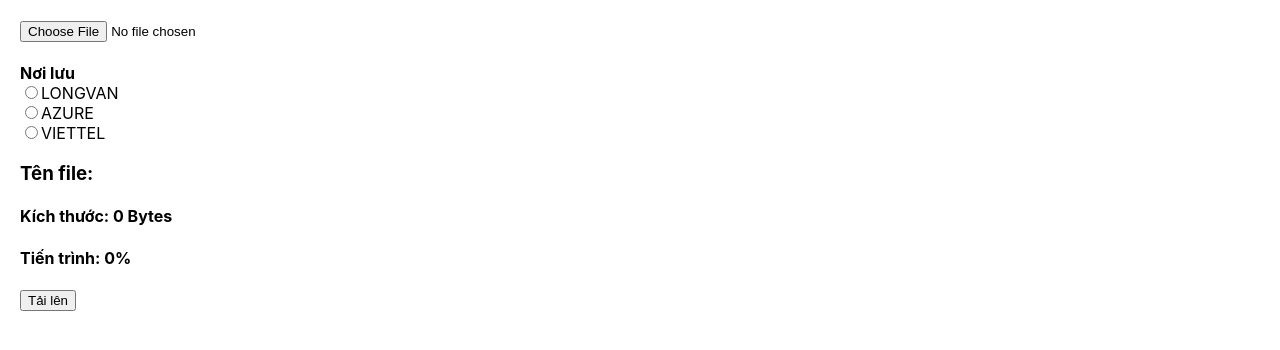
Repository: duc30012001/viettel-test-upload
Page: /
These files come from the project's save history. The page is drawn as it stood at one moment and after the next save; the edit follows.
The browser window is 1280 px wide. The pictures show the whole page.
The project was rebuilt for these pictures with package versions that can differ from the ones it lists, and the page was loaded fresh each time. Imported but missing from the stored project, and not drawn on this page: src/reportWebVitals.

Above is the page before, as saved 2023-03-16 12:45:22.

### src/App.jsx
// ./src/App.tsx

import React, { useState, useRef } from "react";
import { uploadToAzure, uploadToViettel, uploadToLongVan } from "./Upload";
import { getFileSize } from "./helper";

const DISTRIBUTOR = ["LONGVAN", "AZURE", "VIETTEL"];

const App = () => {
  const fileInput = useRef(null);
  const [file, setFile] = useState({});
  const [distributor, setDistributor] = useState("");
  const [progress, setProgress] = useState(0);
  const handleChangeProgress = (value) => {
    setProgress(value);
  };

  const handleUpload = async () => {
    if (!distributor) {
      alert("Vui lòng chọn nơi lưu");
      return;
    }

    const fileUploadInformation = {
      startTime: new Date(),
      file: file,
      objKey: file.name,
      reader: new FileReader(),
    };

    if (distributor === "AZURE") {
      await uploadToAzure(fileUploadInformation, handleChangeProgress);
    } else if (distributor === "VIETTEL") {
      await uploadToViettel(fileUploadInformation, handleChangeProgress);
    } else {
      await uploadToLongVan(fileUploadInformation, handleChangeProgress);
    }
  };

  const onChange = (e) => {
    setFile(e.target.files?.[0] || {});
  };

  const onChangeDistributor = (e) => {
    setDistributor(e.target.value);
  };

  return (
    <div style={{ padding: "20px" }}>
      <input ref={fileInput} onChange={onChange} type="file" />
      <div>
        <h4 style={{ marginBottom: 0 }}>Nơi lưu</h4>

        {DISTRIBUTOR.map((item) => (
          <React.Fragment key={item}>
            <input
              onChange={onChangeDistributor}
              type="radio"
              id={item}
              name="fav_language"
              value={item}
            />
            <label htmlFor={item}>{item}</label>
            <br />
          </React.Fragment>
        ))}
      </div>

      <h3>Tên file: {file.name || ""}</h3>
      <h4>Kích thước: {getFileSize(file.size || 0)}</h4>
      <h4>Tiến trình: {progress}%</h4>
      <button onClick={handleUpload}>Tải lên</button>
    </div>
  );
};

export default App;

### src/Upload/index.js
export * from "./uploadToAzure";
export * from "./uploadToViettel";
export * from "./uploadToLongVan";

### src/helper.js
import dayjs from "dayjs";

export const getFileSize = (bytes) => {
  if (bytes === 0) return "0 Bytes";
  let k = 1024,
    dm = 2,
    sizes = ["Bytes", "KB", "MB", "GB", "TB", "PB", "EB", "ZB", "YB"],
    i = Math.floor(Math.log(bytes) / Math.log(k));
  return parseFloat((bytes / Math.pow(k, i)).toFixed(dm)) + " " + sizes[i];
};

export function convertTime(startTime, endTime) {
  const time = endTime - startTime;
  const minutes = dayjs(time).format("mm");
  const seconds = dayjs(time).format("ss");
  return `${minutes} phút ${seconds} giây`;
}

### src/Upload/uploadToAzure.js
import { BlobServiceClient } from "@azure/storage-blob";
import { getFileSize, convertTime } from "../helper";

export const uploadToAzure = async (fileUploadInformation, setProgress) => {
  const { file } = fileUploadInformation;
  const containerName = "uploaded";
  const connectionString =
    "BlobEndpoint=https://antmusicdemo.blob.core.windows.net/;QueueEndpoint=https://antmusicdemo.queue.core.windows.net/;FileEndpoint=https://antmusicdemo.file.core.windows.net/;TableEndpoint=https://antmusicdemo.table.core.windows.net/;SharedAccessSignature=sv=2021-12-02&ss=bfqt&srt=co&sp=rwdlacupiytfx&se=2023-03-16T11:29:14Z&st=2023-03-16T03:29:14Z&spr=https&sig=o8MVlJ%2F45IHkzLmqR6WjuiMXJNNm%2FW6XZQ3bFEWURNQ%3D";
  const blobServiceClient =
    BlobServiceClient.fromConnectionString(connectionString);
  const containerClient = blobServiceClient.getContainerClient(containerName);
  const blockBlobClient = containerClient.getBlockBlobClient(file.name);

  try {
    await blockBlobClient.uploadBrowserData(file, {
      onProgress: (currentProgress) => {
        let newProgress = (
          (currentProgress.loadedBytes / file.size) *
          100
        ).toFixed(2);
        if (newProgress > 100) newProgress = 100;
        setProgress(newProgress);
      },
    });
    const endTime = new Date(); // End time of the upload

    const finishedTime = convertTime(fileUploadInformation.startTime, endTime);
    const fileSize = getFileSize(fileUploadInformation.file.size);
    const message = `AZURE  : Hoàn thành trong ${finishedTime} | Kích thước: ${fileSize}`;

    console.log(message);
    alert(message);

    return endTime;
  } catch (error) {
    console.error("Failed to upload file", error);
  }
};

### src/Upload/uploadToViettel.js
import AWS from "aws-sdk";
import { convertTime, getFileSize } from "../helper";

const CONFIG = {
  accessKey: "63048af01deccf617b4d",
  secretKey: "k2Wj7uoJ/QSw1GjMjZnboIoAPnlm+j6iQsXttv0z",
  endpoint: "s3-north.viettelidc.com.vn",
  bucket: "ant-music-trial-viettel",
};

let { accessKey, secretKey, endpoint, bucket } = CONFIG;

let s3 = new AWS.S3({
  accessKeyId: accessKey,
  secretAccessKey: secretKey,
  endpoint: endpoint,
  s3ForcePathStyle: true,
  //signatureVersion: "v3",
  sslEnabled: true,
  httpOptions: {
    timeout: 1000 * 60000,
  },
});

// ========================== UPLOAD MULTI PART ===========================
const PART_SIZE = 5 * 1024 * 1024;

export const uploadToViettel = (
  fileUploadInformation,
  handleChangeUploadProgress,
  distributor,
) => {
  const params = {
    Bucket: bucket,
    Key: fileUploadInformation.objKey,
    ContentType: fileUploadInformation.file.type,
    ACL: "public-read",
  };

  s3.createMultipartUpload(params, (mpErr, multipart) => {
    if (mpErr) {
      console.log("createMultipartUpload Error: ", mpErr);
      return;
    }
    uploadPart(
      s3,
      multipart,
      1,
      0,
      fileUploadInformation,
      handleChangeUploadProgress,
    );
  });
};

function uploadPart(
  s3,
  multipart,
  partNum,
  rangeStart,
  fileUploadInformation,
  handleChangeUploadProgress,
) {
  let progress = ((rangeStart / fileUploadInformation.file.size) * 100).toFixed(
    2,
  );
  if (progress > 100) progress = 100;
  handleChangeUploadProgress(progress);

  if (fileUploadInformation.file.size <= rangeStart) {
    getETag(multipart.UploadId, partNum - 1, fileUploadInformation);
    return;
  }

  fileUploadInformation.reader.readAsArrayBuffer(
    fileUploadInformation.file.slice(rangeStart, rangeStart + PART_SIZE),
  );
  fileUploadInformation.reader.onload = function startUploadAPart() {
    let byte2Upload = null;
    byte2Upload = fileUploadInformation.reader.result;
    const partParams = {
      Body: byte2Upload,
      Bucket: bucket,
      Key: fileUploadInformation.objKey,
      PartNumber: String(partNum),
      UploadId: multipart.UploadId,
    };

    s3.uploadPart(partParams, (multiErr, mData) => {
      if (multiErr) {
        console.log("multiErr, upload part error: ", multiErr);
        return;
      }
      byte2Upload = null;
      uploadPart(
        s3,
        multipart,
        partNum + 1,
        rangeStart + PART_SIZE,
        fileUploadInformation,
        handleChangeUploadProgress,
      );
    });
  };
}

function getETag(uploadId, totalPart, fileUploadInformation) {
  var listPartParams = {
    Bucket: bucket,
    Key: fileUploadInformation.objKey,
    UploadId: uploadId,
    MaxParts: totalPart,
    PartNumberMarker: 0,
  };
  s3.listParts(listPartParams, (err, data) => {
    if (err) {
      console.log("🚀 ~ file: UploadForm.js:187 ~ s3.listParts ~ err:", err);
      return;
    }

    var multipartMap = {
      Parts: [0],
    };
    for (let i = 0; i < data.Parts.length; i++) {
      let aPart = data.Parts[i];
      multipartMap.Parts[i] = {
        ETag: aPart.ETag,
        PartNumber: Number(aPart.PartNumber),
      };
    }

    var doneParams = {
      Bucket: bucket,
      Key: fileUploadInformation.objKey,
      MultipartUpload: multipartMap,
      UploadId: uploadId,
    };
    completeMultipartUpload(s3, doneParams, fileUploadInformation);
  });
}

function completeMultipartUpload(s3, doneParams, fileUploadInformation) {
  s3.completeMultipartUpload(doneParams, (err, data) => {
    if (err) {
      console.log("An error occurred while competing the multipart upload");
      console.log(err);
    } else {
      const endTime = new Date(); // End time of the upload

      const finishedTime = convertTime(
        fileUploadInformation.startTime,
        endTime,
      );
      const fileSize = getFileSize(fileUploadInformation.file.size);
      const message = `VIETTEL: Hoàn thành trong ${finishedTime} | Kích thước: ${fileSize}`;

      console.log(message);
      alert(message);
    }
  });
}

### src/Upload/uploadToLongVan.js
import AWS from "aws-sdk";
import { getFileSize, convertTime } from "../helper";

const CONFIG = {
  accessKey: "EUMTEDYNRU6NEV7CQ1P0",
  secretKey: "0xCTFBIzeanOPzACW8hWJ83q84EzLxllPY9u3BDp",
  endpoint: "s3-hcm-r1.longvan.net",
  bucket: "ant-music-bucket-test",
};

let { accessKey, secretKey, endpoint, bucket } = CONFIG;

let s3 = new AWS.S3({
  accessKeyId: accessKey,
  secretAccessKey: secretKey,
  endpoint: endpoint,
  s3ForcePathStyle: true,
  //signatureVersion: "v3",
  sslEnabled: true,
  httpOptions: {
    timeout: 1000 * 60000,
  },
});

export const uploadToLongVan = (
  fileUploadInformation,
  handleChangeUploadProgress,
) => {
  const { file, objKey, startTime } = fileUploadInformation;
  const params = {
    Body: file,
    Bucket: bucket,
    Key: objKey,
  };

  const managedUpload = new AWS.S3.ManagedUpload({
    partSize: file.size + 10 * 1024 * 1024,
    queueSize: 1,
    params: params,
    service: s3,
  });

  managedUpload.on("httpUploadProgress", (progress) => {
    const progressVariable = Math.round(
      (progress.loaded / progress.total) * 100,
    );
    handleChangeUploadProgress(progressVariable);
  });
  managedUpload.send((err, data) => {
    if (err) {
      alert("File upload lỗi", err);
      return;
    }
    const endTime = new Date(); // End time of the upload

    const finishedTime = convertTime(startTime, endTime);
    const fileSize = getFileSize(fileUploadInformation.file.size);
    const message = `LONGVAN: Hoàn thành trong ${finishedTime} | Kích thước: ${fileSize}`;

    console.log(message);
    alert(message);
  });
};

Loaded but not shown: public/index.html (common file); src/index.jsx (common file); src/index.css (common file)

After the next save:
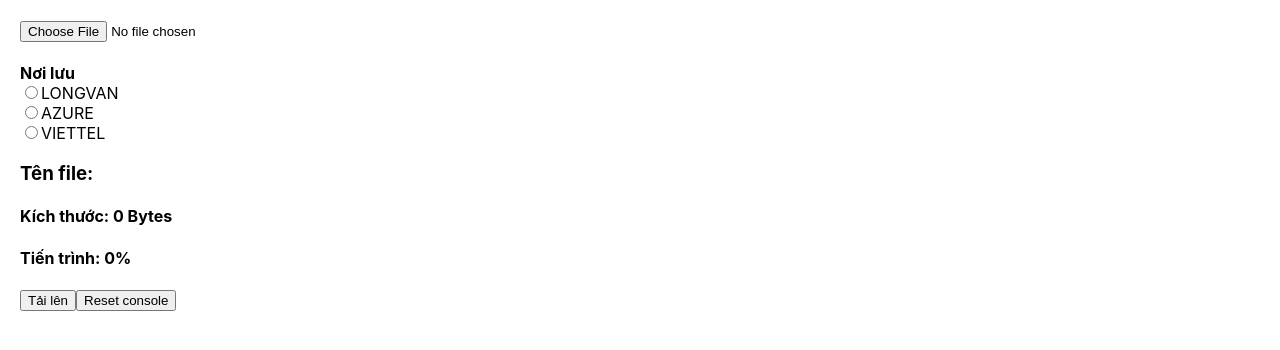
Saved 4 min 33 s later.
--- a/src/App.jsx
+++ b/src/App.jsx
@@ -45,6 +45,12 @@ const App = () => {
     setDistributor(e.target.value);
   };
 
+  const handleResetConsole = () => {
+    console.log(
+      "-----------------------------------------------------------------------------------",
+    );
+  };
+
   return (
     <div style={{ padding: "20px" }}>
       <input ref={fileInput} onChange={onChange} type="file" />
@@ -70,6 +76,7 @@ const App = () => {
       <h4>Kích thước: {getFileSize(file.size || 0)}</h4>
       <h4>Tiến trình: {progress}%</h4>
       <button onClick={handleUpload}>Tải lên</button>
+      <button onClick={handleResetConsole}>Reset console</button>
     </div>
   );
 };
